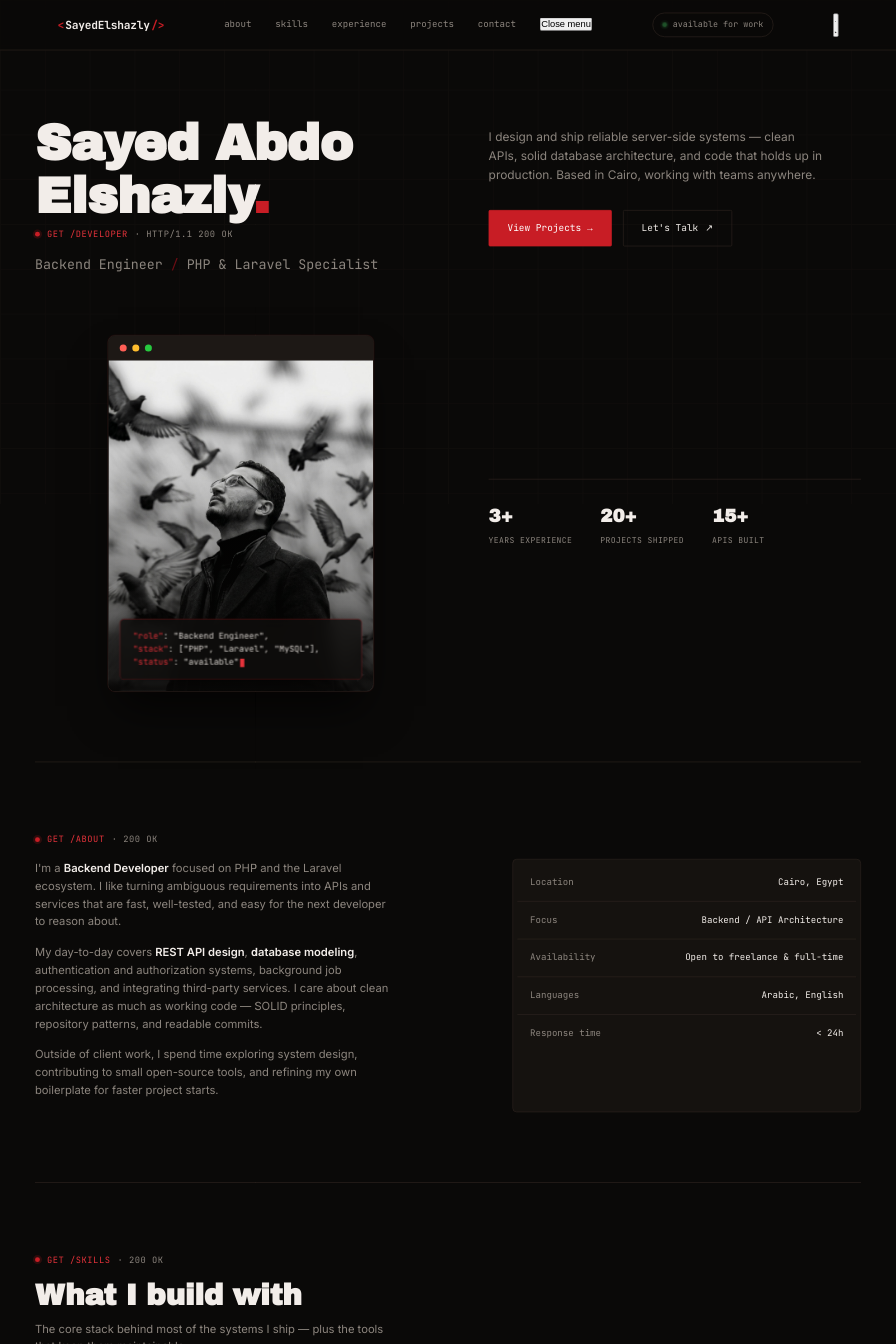
Repository: sayedelshazly/Portfolio.SE
Page: index.html
The author's editor kept a copy of each file at every save. The page is drawn from the files as they stood at one save, then again after a run of saves.
The browser window is 1280 px wide. The pictures show the part of the page from y = 0 to 1920 px (the page is 5736 px tall), at 70% of full size.

Above is the page before, as saved 2026-10-09 23:16:58.

### index.html
<!DOCTYPE html>
<html lang="en">

<head>
  <meta charset="UTF-8">
  <meta name="viewport" content="width=device-width, initial-scale=1.0, viewport-fit=cover">
  <meta name="color-scheme" content="dark light">
  <title>Sayed Elshazly — Backend Engineer</title>
  <script>
    (() => {
      const systemPrefersLight = window.matchMedia('(prefers-color-scheme: light)').matches;
      try {
        const savedTheme = localStorage.getItem('portfolio-theme');
        document.documentElement.dataset.theme = savedTheme === 'light' || savedTheme === 'dark' ?
          savedTheme :
          (systemPrefersLight ? 'light' : 'dark');
      } catch {
        document.documentElement.dataset.theme = systemPrefersLight ? 'light' : 'dark';
      }
    })();
    document.documentElement.classList.add('is-loading');
    window.__pageLoadStartedAt = performance.now();
  </script>
  <link rel="preconnect" href="https://fonts.googleapis.com">
  <link rel="preconnect" href="https://fonts.gstatic.com" crossorigin>
  <link
    href="https://fonts.googleapis.com/css2?family=Archivo+Black&family=JetBrains+Mono:wght@400;500;600;700&family=Inter:wght@400;500;600;700;800&display=swap"
    rel="stylesheet">
  <link rel="stylesheet" href="style.css">
</head>

<body>

  <div class="preloader" id="preloader" role="status" aria-live="polite" aria-label="Loading website">
    <div class="loader-content">
      <span class="loader-mark"><span>&lt;</span>SE<span>/&gt;</span></span>
      <span class="loader-spinner" aria-hidden="true"></span>
      <span class="loader-text">Preparing your experience</span>
      <span class="loader-progress" aria-hidden="true"><span></span></span>
    </div>
  </div>

  <header>
    <div class="reading-progress" aria-hidden="true"><span id="readingProgress"></span></div>
    <nav>
      <a class="logo" href="#top" aria-label="Sayed Elshazly, back to top"><span
          class="br">&lt;</span>SayedElshazly<span class="br">/&gt;</span></a>
      <button class="nav-toggle" type="button" aria-expanded="false" aria-controls="site-navigation"
        aria-label="Open navigation">
        <span></span><span></span>
      </button>
      <ul class="nav-links" id="site-navigation">
        <li><a href="#about">about</a></li>
        <li><a href="#skills">skills</a></li>
        <li><a href="#experience">experience</a></li>
        <li><a href="#projects">projects</a></li>
        <li><a href="#contact">contact</a></li>
        <!-- <li><a href="./blog.html" target="_self">Blog</a></li> -->
        <li class="nav-close-item"><button class="nav-close" type="button">Close menu</button></li>
      </ul>
      <div class="status-pill"><span class="dot"></span><span class="label">available for work</span></div>
      <button class="theme-toggle" id="themeToggle" type="button" aria-label="Switch to light mode"
        title="Switch to light mode">
        <svg class="theme-icon-sun" viewBox="0 0 24 24" aria-hidden="true" focusable="false">
          <circle cx="12" cy="12" r="4"></circle>
          <path
            d="M12 2v2m0 16v2M4.93 4.93l1.42 1.42m11.3 11.3 1.42 1.42M2 12h2m16 0h2M4.93 19.07l1.42-1.42m11.3-11.3 1.42-1.42">
          </path>
        </svg>
        <svg class="theme-icon-moon" viewBox="0 0 24 24" aria-hidden="true" focusable="false">
          <path d="M20.2 15.1A8.5 8.5 0 0 1 8.9 3.8 8.6 8.6 0 1 0 20.2 15.1Z"></path>
        </svg>
      </button>
    </nav>
  </header>

  <main>

    <!-- ================= HERO ================= -->
    <section class="hero wrap" id="top">
      <div class="hero-intro">
        <h1>Sayed Abdo Elshazly<span class="accent">.</span></h1>
        <div class="eyebrow">GET /developer <span class="status">· HTTP/1.1 200 OK</span></div>
        <div class="role">Backend Engineer <span class="pipe">/</span> PHP &amp; Laravel Specialist</div>
      </div>

      <div class="hero-support">
        <p class="lede">I design and ship reliable server-side systems — clean APIs, solid database
          architecture, and code that holds up in production. Based in Cairo, working with teams
          anywhere.</p>
        <div class="btn-row">
          <a href="#projects" class="btn btn-primary">View Projects →</a>
          <a href="#contact" class="btn btn-ghost">Let's Talk <span aria-hidden="true">↗</span></a>
        </div>
      </div>

      <div class="term-card">
        <div class="term-bar">
          <span class="tdot"></span><span class="tdot"></span><span class="tdot"></span>
          <!-- <span class="tpath">~/portfolio/profile.jpg</span> -->
        </div>
        <div class="term-photo">
          <img src="./portrait2.jpeg" alt="Portrait of Sayed Elshazly, backend engineer">
          <div class="scan"></div>
          <div class="term-json">
            <span class="k">"role"</span>: <span class="s">"Backend Engineer"</span>,<br>
            <span class="k">"stack"</span>: <span class="s">["PHP", "Laravel", "MySQL"]</span>,<br>
            <span class="k">"status"</span>: <span class="s">"available"</span><span class="cursor"></span>
          </div>
        </div>
      </div>

      <div class="stat-row">
        <div class="stat"><b>3+</b><span>Years Experience</span></div>
        <div class="stat"><b>20+</b><span>Projects Shipped</span></div>
        <div class="stat"><b>15+</b><span>APIs Built</span></div>
      </div>
    </section>

    <!-- ================= ABOUT ================= -->
    <section class="about wrap" id="about">
      <div class="eyebrow">GET /about <span class="status">· 200 OK</span></div>
      <div class="about-grid">
        <div>
          <p>I'm a <b>Backend Developer</b> focused on PHP and the Laravel ecosystem. I like
            turning ambiguous requirements into APIs and services that are fast, well-tested,
            and easy for the next developer to reason about.</p>
          <p>My day-to-day covers <b>REST API design</b>, <b>database modeling</b>, authentication
            and authorization systems, background job processing, and integrating third-party
            services. I care about clean architecture as much as working code — SOLID principles,
            repository patterns, and readable commits.</p>
          <p>Outside of client work, I spend time exploring system design, contributing to small
            open-source tools, and refining my own boilerplate for faster project starts.</p>
        </div>
        <ul class="fact-list">
          <li><span>Location</span><span>Cairo, Egypt</span></li>
          <li><span>Focus</span><span>Backend / API Architecture</span></li>
          <li><span>Availability</span><span>Open to freelance &amp; full-time</span></li>
          <li><span>Languages</span><span>Arabic, English</span></li>
          <li><span>Response time</span><span>&lt; 24h</span></li>
        </ul>
      </div>
    </section>

    <!-- ================= SKILLS ================= -->
    <section class="skills wrap" id="skills">
      <div class="section-head">
        <div class="eyebrow">GET /skills <span class="status">· 200 OK</span></div>
        <h2>What I build with</h2>
        <p>The core stack behind most of the systems I ship — plus the tools that keep them
          maintainable.</p>
      </div>
      <div class="skill-groups">
        <div class="skill-card">
          <h3>Languages &amp; Frameworks</h3>
          <div class="tag-row">
            <span class="tag">PHP</span>
            <span class="tag">Laravel</span>
            <span class="tag">JavaScript</span>
            <span class="tag">Blade</span>
            <span class="tag">Livewire</span>
          </div>
        </div>
        <div class="skill-card">
          <h3>Data &amp; APIs</h3>
          <div class="tag-row">
            <span class="tag">MySQL</span>
            <span class="tag">PostgreSQL</span>
            <span class="tag">Redis</span>
            <span class="tag">REST APIs</span>
            <span class="tag">Eloquent ORM</span>
          </div>
        </div>
        <div class="skill-card">
          <h3>Tools &amp; Practices</h3>
          <div class="tag-row">
            <span class="tag">Git</span>
            <span class="tag">Docker</span>
            <span class="tag">Postman</span>
            <span class="tag">PHPUnit</span>
            <span class="tag">CI / CD</span>
          </div>
        </div>
      </div>
    </section>

    <!-- ================= EXPERIENCE ================= -->
    <section class="experience wrap" id="experience">
      <div class="section-head">
        <div class="eyebrow">GET /experience <span class="status">· 200 OK</span></div>
        <h2>Where I've worked</h2>
      </div>
      <div class="log">
        <div class="log-entry">
          <div class="log-head">
            <span class="log-hash">#a3f21c</span>
            <span class="log-date">2024 — Present</span>
          </div>
          <h3>Backend Developer <span>@ Company Name</span></h3>
          <ul>
            <li>Designed and maintained REST APIs for production applications</li>
            <li>Improved response times through query optimization and caching</li>
            <li>Contributed to Laravel service architecture and system migrations</li>
          </ul>
          <div class="tag-row"><span class="tag">Laravel</span><span class="tag">MySQL</span><span
              class="tag">Redis</span></div>
        </div>
        <div class="log-entry">
          <div class="log-head">
            <span class="log-hash">#7d19e0</span>
            <span class="log-date">2022 — 2024</span>
          </div>
          <h3>PHP Developer <span>@ Previous Company</span></h3>
          <ul>
            <li>Built internal tools to streamline team workflows</li>
            <li>Implemented authentication and role-based access control system</li>
            <li>Collaborated with frontend team to define API contracts and documentation</li>
          </ul>
          <div class="tag-row"><span class="tag">PHP</span><span class="tag">Laravel</span><span
              class="tag">Docker</span></div>
        </div>
        <div class="log-entry">
          <div class="log-head">
            <span class="log-hash">#e40b52</span>
            <span class="log-date">2021 — 2022</span>
          </div>
          <h3>Junior Web Developer <span>@ First Company</span></h3>
          <ul>
            <li>Developed and maintained features across client projects</li>
            <li>Learned production-grade Laravel practices and code review discipline</li>
          </ul>
          <div class="tag-row"><span class="tag">PHP</span><span class="tag">MySQL</span></div>
        </div>
      </div>
    </section>

    <!-- ================= PROJECTS ================= -->
    <section class="projects wrap" id="projects">
      <div class="section-head">
        <div class="eyebrow">GET /projects <span class="status">· 200 OK</span></div>
        <h2>Selected work</h2>
        <p>A handful of systems and APIs I've designed end-to-end, from schema to deployment.</p>
      </div>
      <div class="project-grid">

        <div class="project-card">
          <figure class="project-visual">
            <img src="./assets/inventory-preview.svg" alt="Illustrative inventory dashboard preview" loading="lazy"
              decoding="async">
          </figure>
          <div class="pc-top">
            <span class="method get">GET</span>
            <span class="route">/projects/inventory-api</span>
            <span class="status-code">200 OK</span>
          </div>
          <div class="pc-body">
            <h3>Project Name — Inventory API</h3>
            <p>A Laravel inventory and order management API with stock tracking across warehouse locations.</p>
            <div class="tag-row" style="margin-bottom:18px;">
              <span class="tag">Laravel</span><span class="tag">MySQL</span><span class="tag">Redis</span>
            </div>
            <div class="pc-links">
              <a href="#">Live ↗</a>
              <a href="#">GitHub ↗</a>
            </div>
          </div>
        </div>

        <div class="project-card">
          <figure class="project-visual">
            <img src="./assets/booking-preview.svg" alt="Illustrative booking calendar preview" loading="lazy"
              decoding="async">
          </figure>
          <div class="pc-top">
            <span class="method post">POST</span>
            <span class="route">/projects/booking-system</span>
            <span class="status-code">201 Created</span>
          </div>
          <div class="pc-body">
            <h3>Project Name — Booking System</h3>
            <p>End-to-end reservation platform with conflict-free scheduling logic, payment
              integration, and an admin dashboard for operators.</p>
            <div class="tag-row" style="margin-bottom:18px;">
              <span class="tag">Laravel</span><span class="tag">Livewire</span><span class="tag">PostgreSQL</span>
            </div>
            <div class="pc-links">
              <a href="#">Live ↗</a>
              <a href="#">GitHub ↗</a>
            </div>
          </div>
        </div>

        <div class="project-card">
          <figure class="project-visual">
            <img src="./assets/analytics-preview.svg" alt="Illustrative analytics dashboard preview" loading="lazy"
              decoding="async">
          </figure>
          <div class="pc-top">
            <span class="method get">GET</span>
            <span class="route">/projects/analytics-service</span>
            <span class="status-code">200 OK</span>
          </div>
          <div class="pc-body">
            <h3>Project Name — Analytics Service</h3>
            <p>An internal reporting API that aggregates events with scheduled jobs and exportable CSV/PDF reports.</p>
            <div class="tag-row" style="margin-bottom:18px;">
              <span class="tag">PHP</span><span class="tag">MySQL</span><span class="tag">Queues</span>
            </div>
            <div class="pc-links">
              <a href="#">Live ↗</a>
              <a href="#">GitHub ↗</a>
            </div>
          </div>
        </div>

        <div class="project-card">
          <figure class="project-visual">
            <img src="./assets/auth-preview.svg" alt="Illustrative authentication service preview" loading="lazy"
              decoding="async">
          </figure>
          <div class="pc-top">
            <span class="method put">PUT</span>
            <span class="route">/projects/auth-service</span>
            <span class="status-code">200 OK</span>
          </div>
          <div class="pc-body">
            <h3>Project Name — Auth Microservice</h3>
            <p>Standalone authentication service with JWT, role-based permissions, and
              rate-limited endpoints for secure client applications.</p>
            <div class="tag-row" style="margin-bottom:18px;">
              <span class="tag">Laravel Sanctum</span><span class="tag">Redis</span><span class="tag">Docker</span>
            </div>
            <div class="pc-links">
              <a href="#">Live ↗</a>
              <a href="#">GitHub ↗</a>
            </div>
          </div>
        </div>

      </div>
    </section>

    <!-- ================= CONTACT ================= -->
    <section class="contact wrap" id="contact">
      <div class="eyebrow">POST /contact <span class="status">· awaiting request body</span></div>
      <div class="contact-grid">
        <div class="contact-info">
          <h2 style="font-size:30px;margin-bottom:16px;">Let's build something.</h2>
          <p>Have a backend project, an API that needs shipping, or a team that needs a
            Laravel developer? Send a message — I read everything myself.</p>
          <ul class="contact-channels">
            <li><span>Email</span><a href="mailto:you@example.com">you@example.com</a></li>
            <li><span>GitHub</span><a href="#">github.com/yourname</a></li>
            <li><span>LinkedIn</span><a href="#">linkedin.com/in/yourname</a></li>
            <li><span>Phone</span><a href="#">+20 1xx xxx xxxx</a></li>
          </ul>
        </div>
        <div>
          <form id="contactForm">
            <div>
              <label for="fname">Name</label>
              <input type="text" id="fname" name="name" placeholder="Your name" required>
            </div>
            <div>
              <label for="femail">Email</label>
              <input type="email" id="femail" name="email" placeholder="you@example.com" required>
            </div>
            <div>
              <label for="fmsg">Message</label>
              <textarea id="fmsg" name="message" placeholder="Tell me about the project..." required></textarea>
            </div>
            <div class="json-preview" id="jsonPreview">{
              <span class="k">"name"</span>: <span class="v">""</span>,
              <span class="k">"email"</span>: <span class="v">""</span>,
              <span class="k">"message"</span>: <span class="v">""</span>
              }</div>
            <button type="submit" class="btn btn-primary"
              style="justify-content:center;border:none;cursor:pointer;">Send Request →</button>
          </form>
        </div>
      </div>
    </section>

  </main>

  <footer>
    <div class="wrap">
      <span>© 2026 SE. All rights reserved.</span>
      <span><a href="#top">↑ back to top</a></span>
    </div>
  </footer>

  <a class="back-to-top" href="#top" aria-label="Back to top">↑</a>

  <script src="main.js"></script>

</body>

</html>

Loaded but not shown: main.js (76 lines, source omitted); style.css (2091 lines, source omitted)

After the next 2 saves:
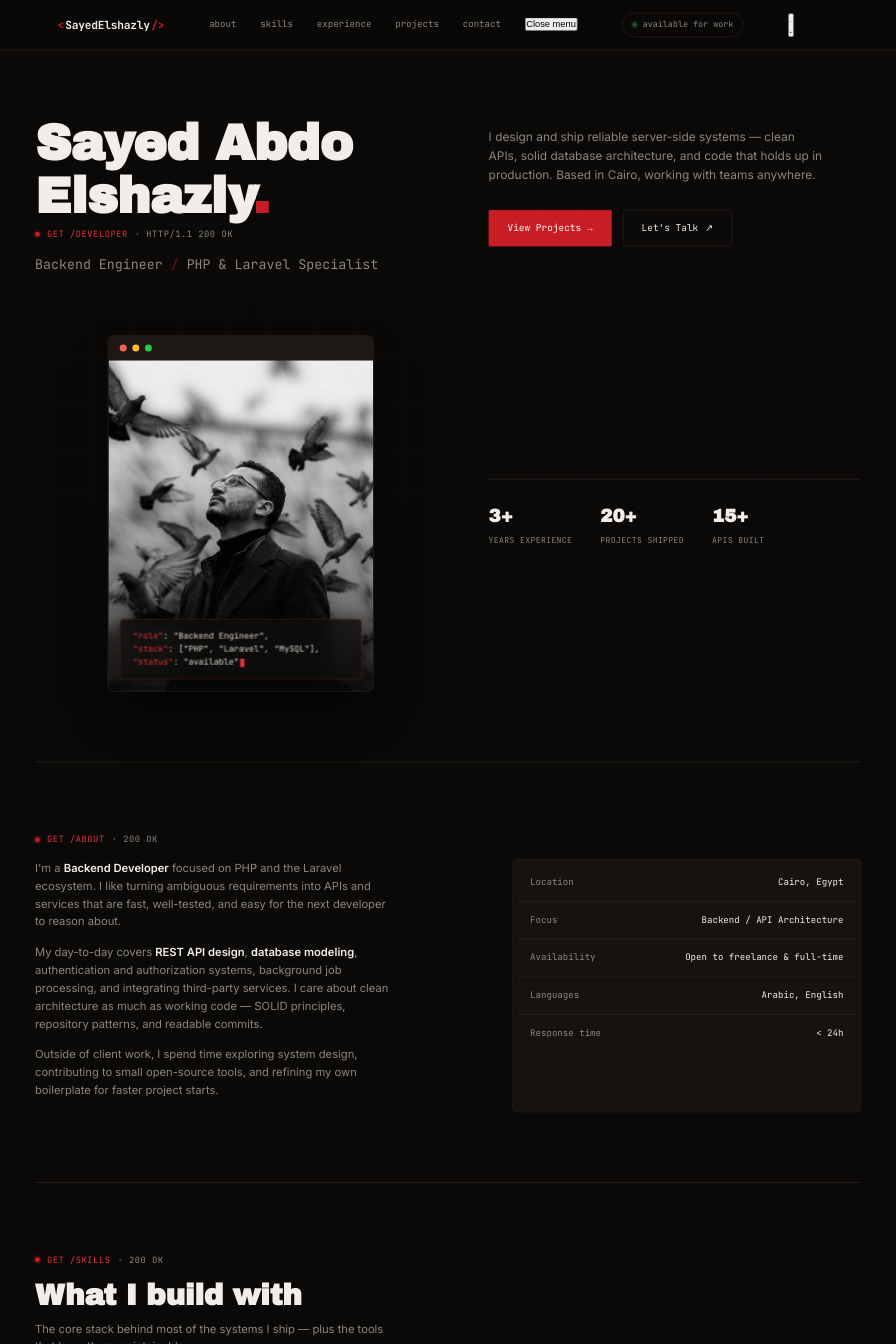
The 2 saves are shown as one change because they came seconds apart.
The last was saved 11 s later.
--- a/index.html
+++ b/index.html
@@ -71,6 +71,7 @@
           <path d="M20.2 15.1A8.5 8.5 0 0 1 8.9 3.8 8.6 8.6 0 1 0 20.2 15.1Z"></path>
         </svg>
       </button>
+      <a href=""></a>
     </nav>
   </header>
 
